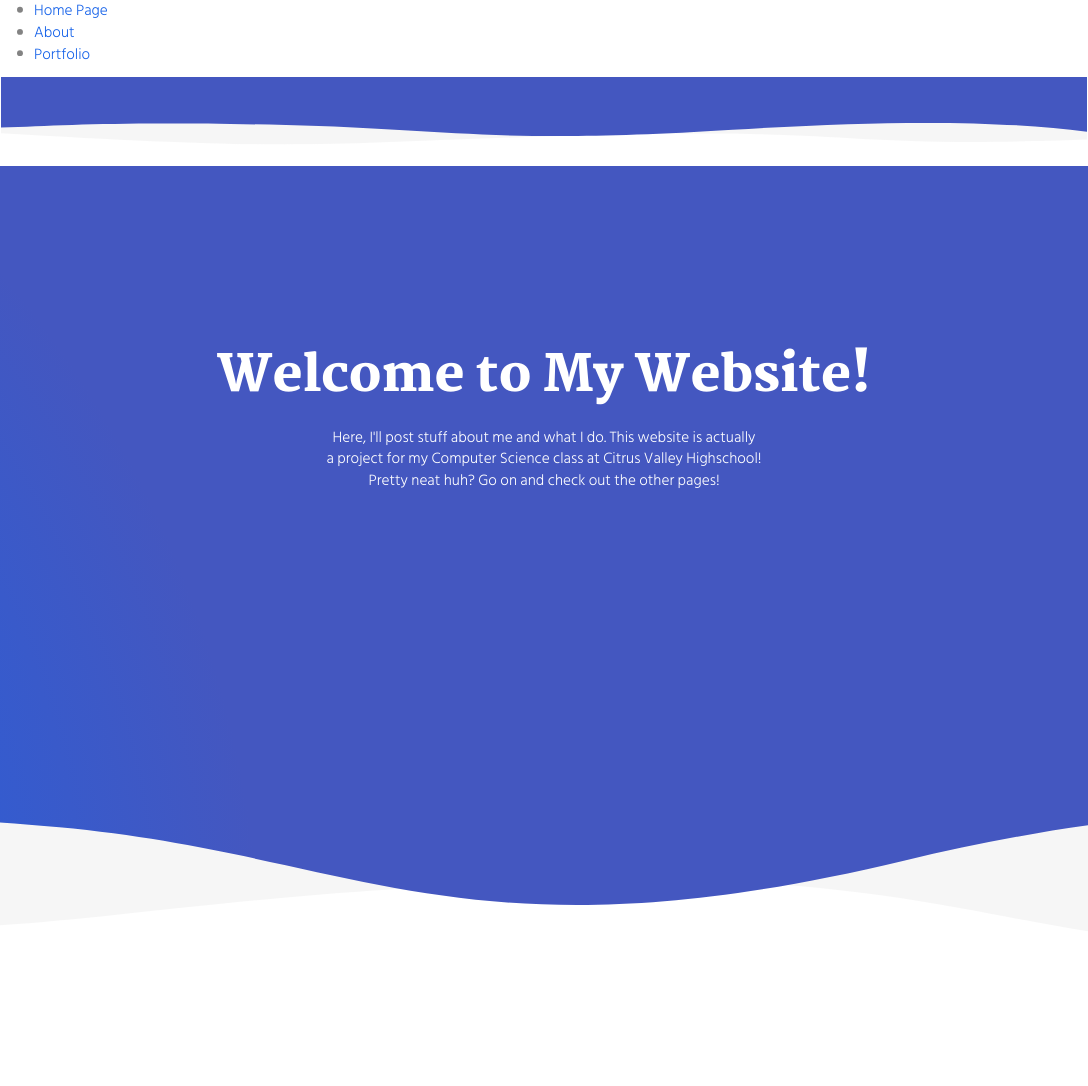
Repository: AustinIrvine02/CharlesX.github.io
Page: index.html
The author's editor kept a record of every edit. The page is drawn from the files as they stood at one moment, then again after the next edit.
The browser window is 1280 px wide. The pictures show the whole page, at 85% of full size.

Above is the page before.

### index.html
<!DOCTYPE html>
<html lang="en">

<head>
  <meta charset="UTF-8">
  <meta content="IE=edge" http-equiv="X-UA-Compatible">
  <meta content="width=device-width,initial-scale=1" name="viewport">
  <meta content="description" name="description">
  <meta name="google" content="notranslate" />
  <meta content="Mashup templates have been developped by Orson.io team" name="author">

  <!-- Disable tap highlight on IE -->
  <meta name="msapplication-tap-highlight" content="no">


  <link rel="apple-touch-icon" sizes="180x180" href="./assets/apple-icon-180x180.png">
  <link href="./assets/favicon.ico" rel="icon">

  <link href="" rel="stylesheet">


  <title> Let's Get Started </title>

<link href="./main.550dcf66.css" rel="stylesheet"></head>

<body> <!-- Add your content of header -->
<header>

   <header>

        <ul>
            <li><a href="index.html"> Home Page</a></li>
            <li><a href="about.html"> About</a></li>
            <li><a href="portfolio.html"> Portfolio</a></li>
        </ul>


        </header>

  <nav class="navbar navbar-default active">
    <div class="container">
      <div class="navbar-header">

      </div>

      <div class="collapse navbar-collapse" id="navbar-collapse">

      </div>
    </div>
  </nav>
</header>

<!-- Add your site or app content here -->
  <div class="hero-full-container background-image-container white-text-container">
    <div class="container">
      <div class="row">
        <div class="col-xs-12">
          <h1> Welcome to My Website! </h1>
          <p> Here, I'll post stuff about me and what I do. This website is actually <br>
            a project for my Computer Science class at Citrus Valley Highschool! <br>
            Pretty neat huh? Go on and check out the other pages! </p>
          <br>

           <p> <img scr="./images/IrvineAustin.PNG"> </p>


      </div>
    </div>
  </div>

   <p> <img scr="./images/IrvineAustin.PNG"> </p>

  <div class="section-container">
    <div class="container">
      <div class="row">
        <div class="col-xs-12 col-md-8 col-md-offset-2">
          <div class="text-center">
          </div>
       </div>
      </div>
    </div>
  </div>

  <div class="section-container">
    <div class="container">
      <div class="row">
          <div class="col-xs-12">


            <div id="carousel-example-generic" class="carousel carousel-fade slide" data-ride="carousel">

                <div class="carousel-inner" role="listbox">

                    <div class="item active">



                        </div>
                    </div>
                    <div class="item">

                        </div>
                    </div>
                </div>

            </div>


          </div>

        </div>

    </div>
  </div>

  <div class="section-container">
    <div class="container text-center">
      <div class="row section-container-spacer">
        <div class="col-xs-12 col-md-12">
        </div>
      </div>
      <div class="row">

Loaded but not shown: main.550dcf66.css (library)

After the next edit:
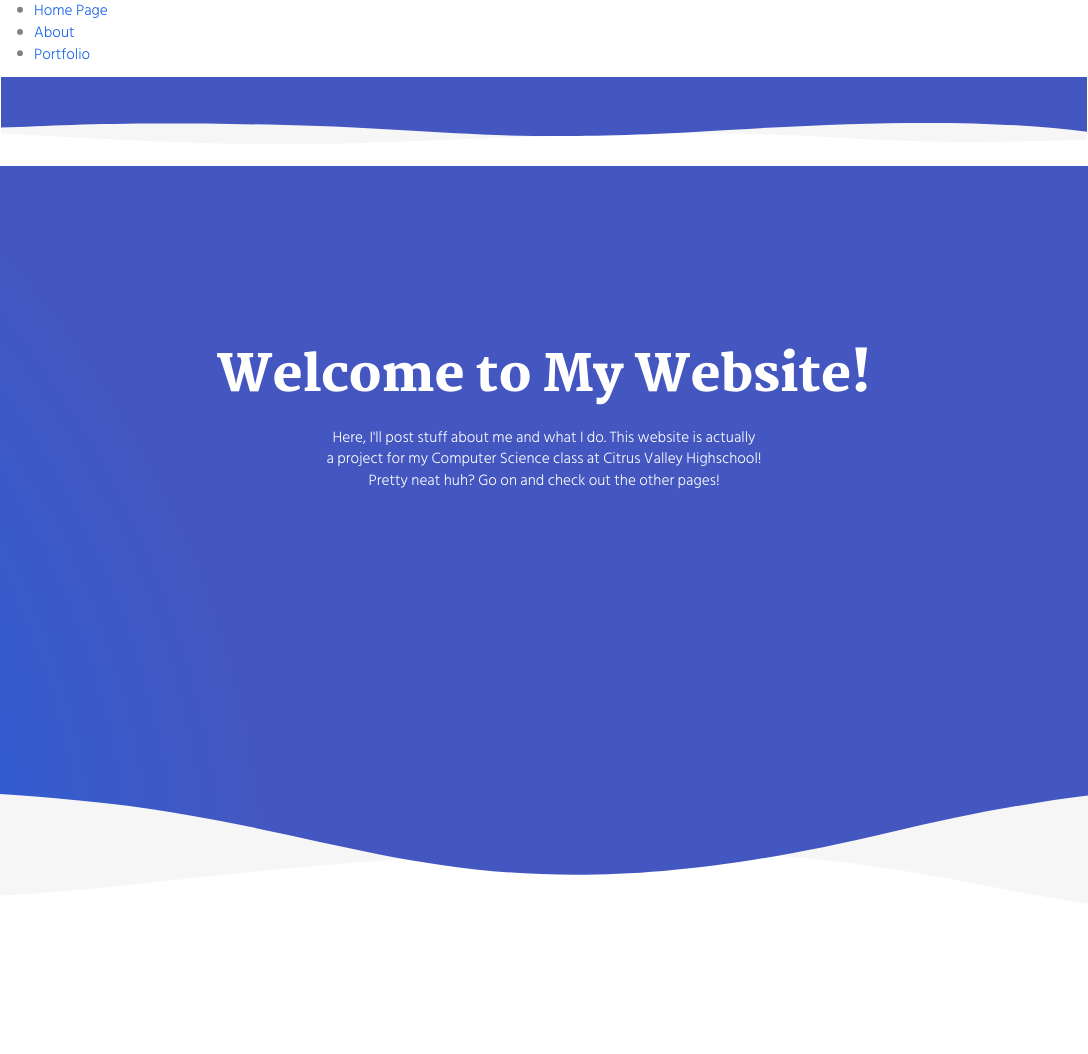
The edit:
--- a/index.html
+++ b/index.html
@@ -68,7 +68,6 @@
     </div>
   </div>
 
-   <p> <img scr="./images/IrvineAustin.PNG"> </p>
 
   <div class="section-container">
     <div class="container">
